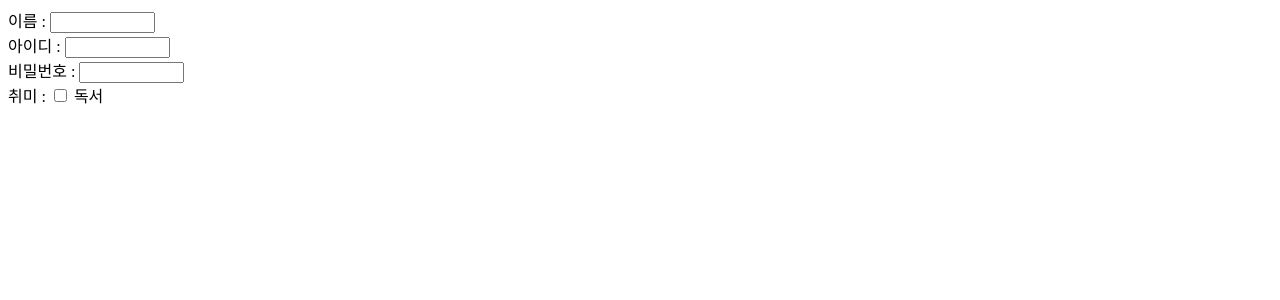
Repository: kimhun456/JSPLearn
Page: HelloWorld/WebContent/form.html
An editor plug-in stored every save of this project. The page is shown before and after the next save, followed by the edit.
The browser window is 1280 px wide. The pictures show the whole page.

Above is the page before, as saved 2015-06-27 12:53:46.

After the next save:
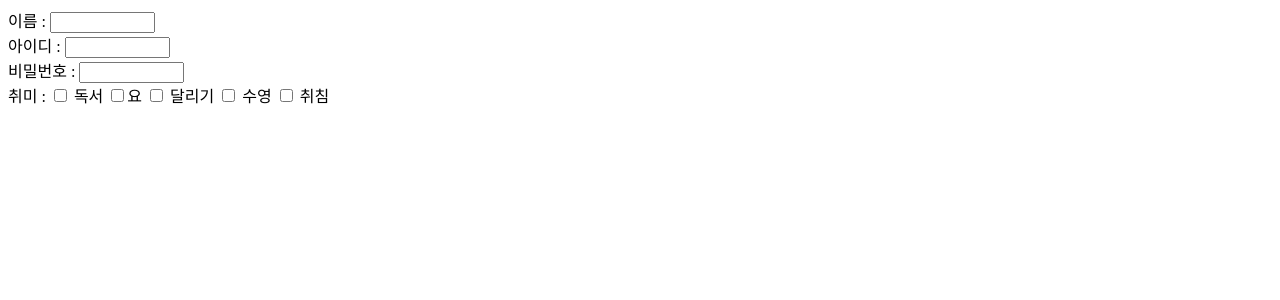
Saved 40 s later.
--- a/HelloWorld/WebContent/form.html
+++ b/HelloWorld/WebContent/form.html
@@ -11,6 +11,10 @@
 		아이디 : <input type="text" name="id" size="10"><br/>
 		비밀번호 :  <input type="password" name="pw" size="10"><br/>
 		취미 : <input type="checkbox" name="hobby" value="read" > 독서
+		<input type="checkbox" name="hobby" value="cook" >요
+		<input type="checkbox" name="hobby" value="run" > 달리기
+		<input type="checkbox" name="hobby" value="swim" > 수영
+		<input type="checkbox" name="hobby" value="sleep" > 취침
 	</form>
 
 </body>
